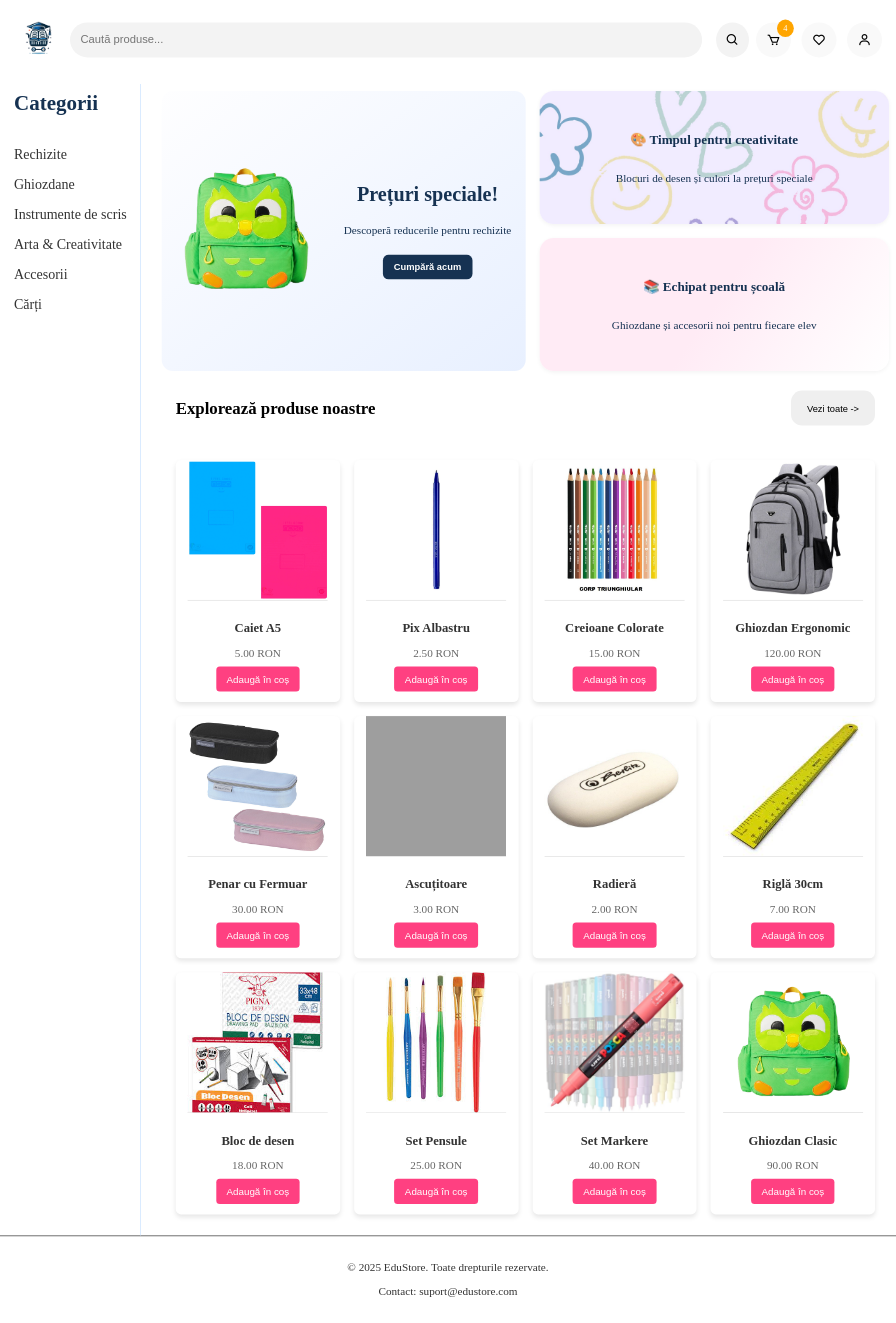
Repository: Roxana5504/WebDev-Project
Page: frontend/index.html
The author's editor kept a copy of each file at every save. The page is drawn from the files as they stood at one save, then again after the next save.
The browser window is 1280 px wide. The pictures show the whole page, at 70% of full size.
Pictures or frames that could not be fetched are drawn as grey boxes.

Above is the page before, as saved 2025-04-23 17:40:12.

After the next save:
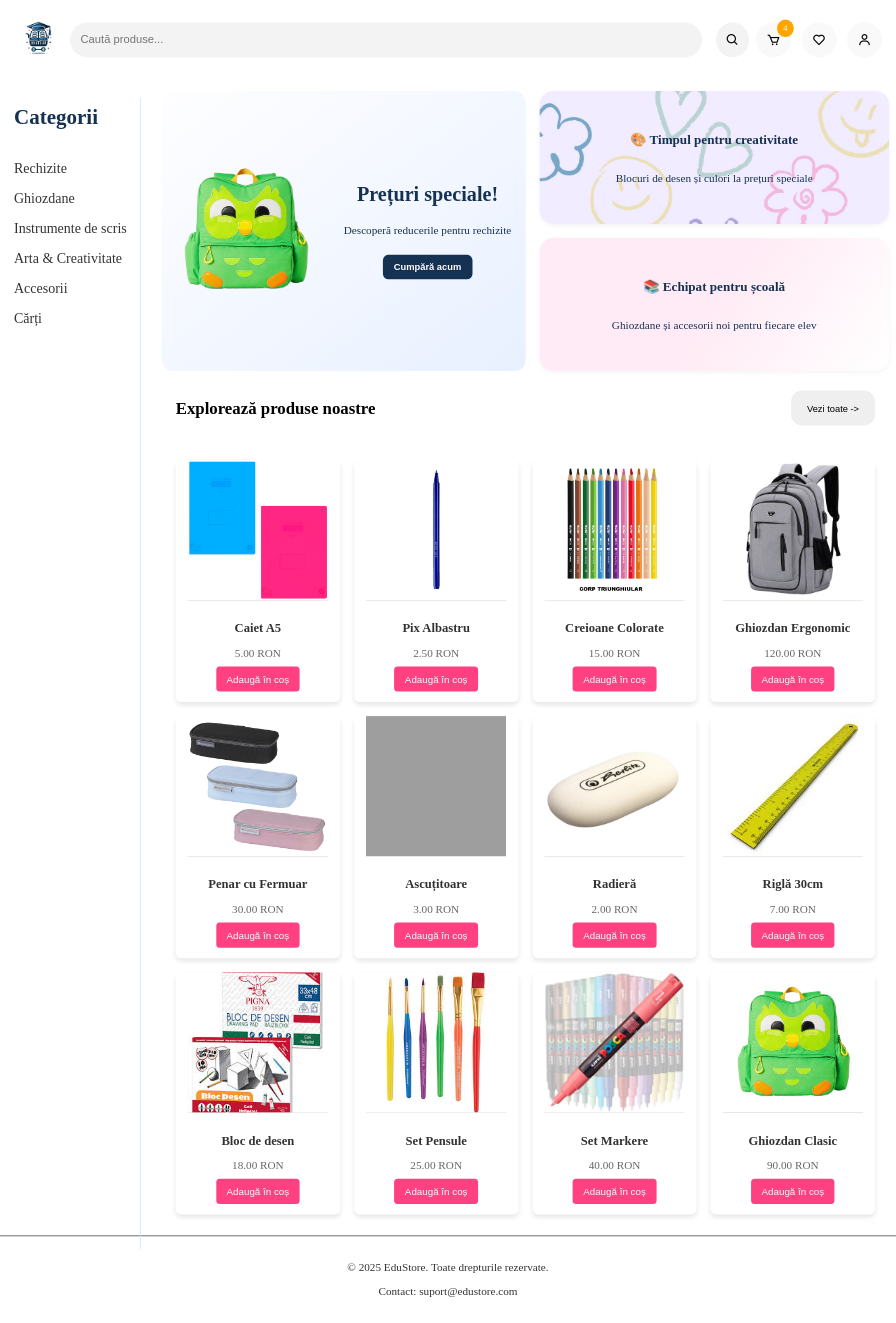
Saved 2 min 58 s later.
--- a/frontend/styles.css
+++ b/frontend/styles.css
@@ -193,6 +193,7 @@ body {
 
 .sidebar {
   position: relative;
+  top: 20px;
   height: auto;
   width: 200px;
   padding-right: 0px;
